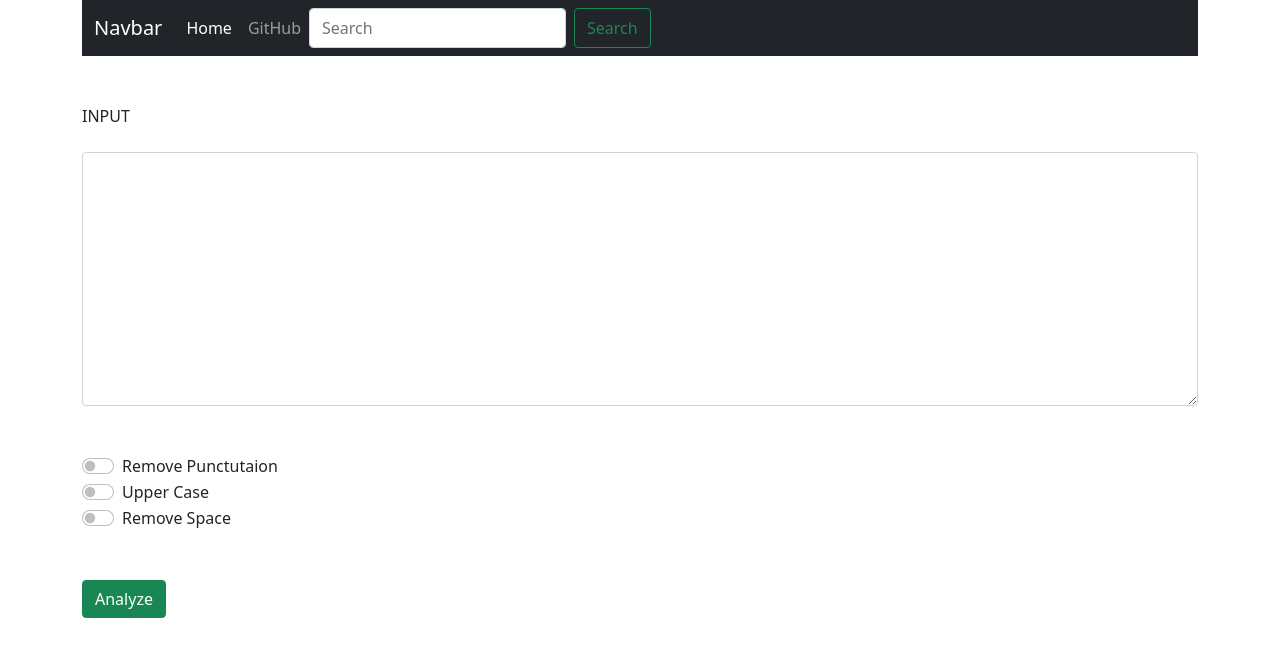
Repository: thenameisshreyank/Textutility
Page: http://localhost/
The author's editor kept a copy of each file at every save. The page is drawn from the files as they stood at one save, then again after the next save.
The browser window is 1280 px wide. The pictures show the whole page.
The page is served by the project's application, run on Django 4.2 (manage.py).

Above is the page before, as saved 2022-04-15 10:53:47.

After the next save:
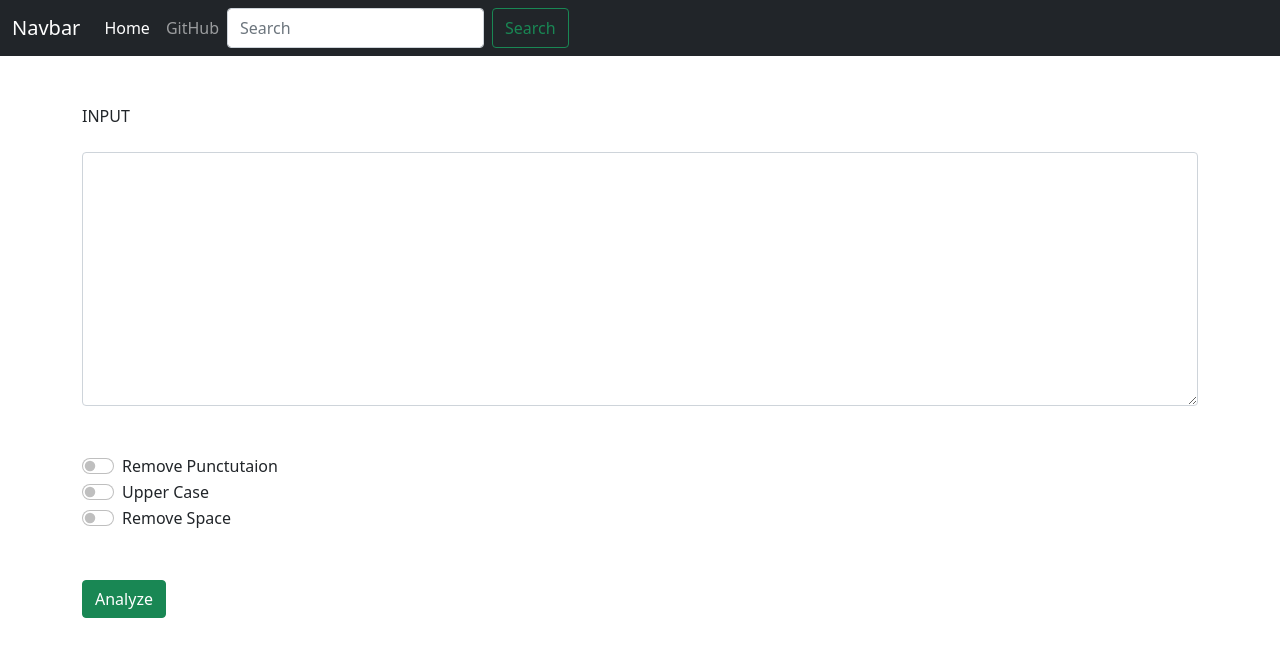
Saved 11 s later.
--- a/templates/index.html
+++ b/templates/index.html
@@ -12,7 +12,6 @@
 
 </head>
 <body>
-  <div class="container">
     <nav class="navbar navbar-expand-lg navbar-dark bg-dark">
         <div class="container-fluid">
           <a class="navbar-brand" href="https://getbootstrap.com/">Navbar</a>
@@ -37,7 +36,7 @@
         </div>
       </nav><br><br>
       <form action="analyze" method="get">
-
+        <div class="container">
         <div class="form-group">
           <label for="exampleFormControlTextarea1">INPUT</label><br><br>
           <textarea class="form-control" id="textarea" name="text" rows="10"></textarea>
